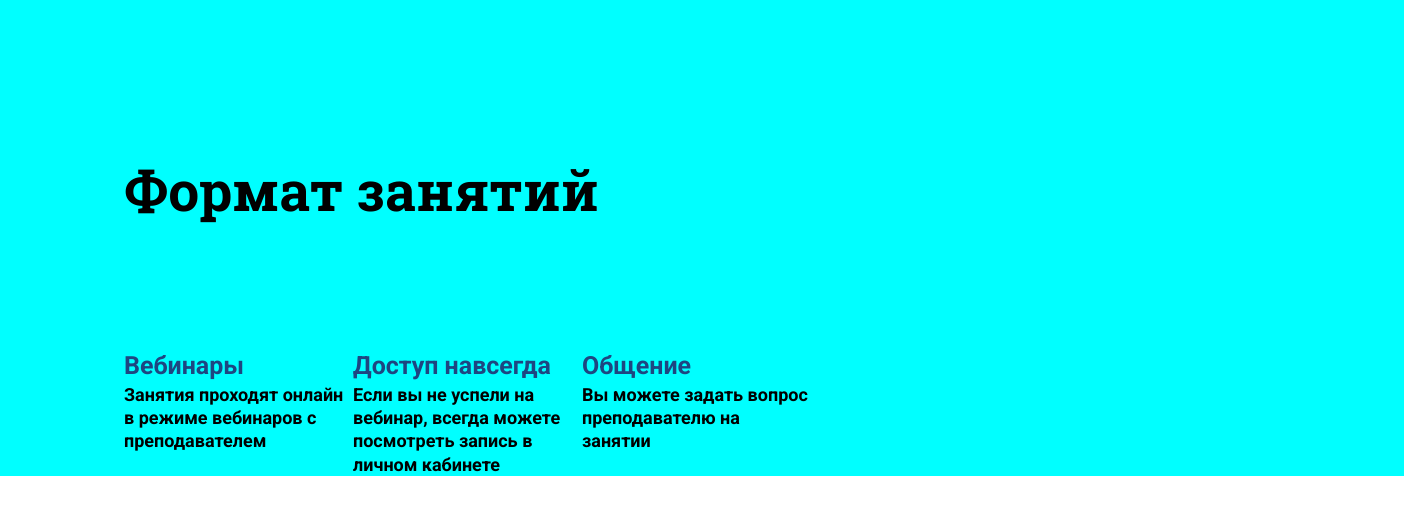
Repository: PoladEziz/Task2
Page: index.html
An editor plug-in stored every save of this project. The page is shown before and after a run of saves, followed by the edit.
The browser window is 1280 px wide. The page is 1404 px wide, so the pictures cover 1404 px, including what lies to the right of the window. The pictures show the whole page.

Above is the page before, as saved 2023-05-04 17:23:30.

After the next 4 saves:
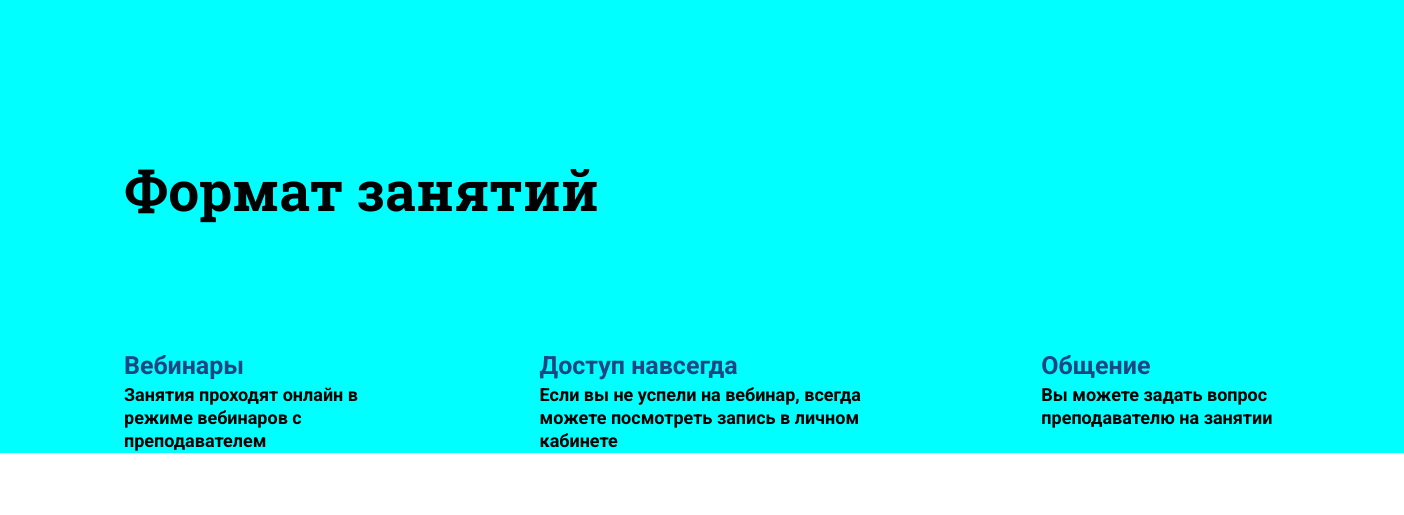
The 4 saves are shown as one change because they came seconds apart.
The last was saved 50 s later.
--- a/index.css
+++ b/index.css
@@ -31,7 +31,8 @@
 }
 .page-1 ul li {
     list-style-type: none;
-    width: 229px;
+    /* width: 229px; */
+    margin-right: 122px;
 }
 
 .page-1 ul li h2 {
